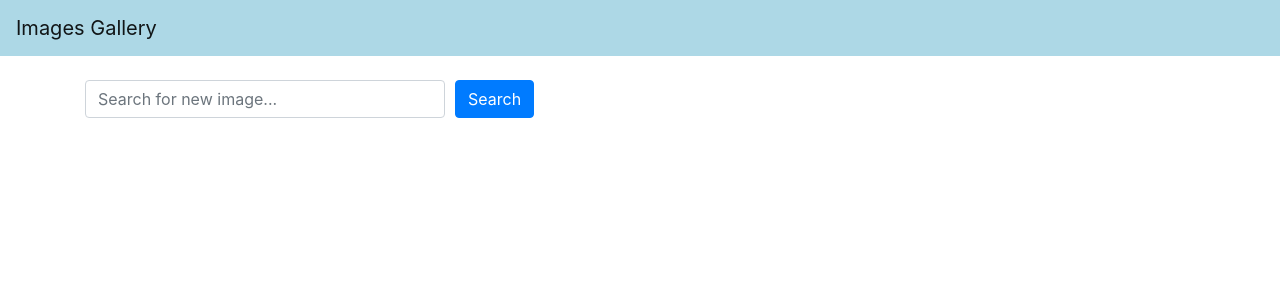
Repository: Zolds403/images-gallery
Page: / (app in frontend/)
The author's editor kept a copy of each file at every save. The page is drawn from the files as they stood at one save, then again after the next save.
The browser window is 1280 px wide. The pictures show the whole page.
The project was rebuilt for these pictures with package versions that can differ from the ones it lists, and the page was loaded fresh each time.

Above is the page before, as saved 2021-06-03 18:44:47.

### frontend/src/index.js
//jshint esversion: 8
import React from 'react';
import ReactDOM from 'react-dom';
import './css/index.css';
import App from './App';
ReactDOM.render(
  <React.StrictMode>
    <App />
  </React.StrictMode>,
  document.getElementById('root')
);

### frontend/src/App.js
//jshint esversion: 8
import 'bootstrap/dist/css/bootstrap.min.css';
import Header from './components/Header';
import Search from './components/Search';

function App() {
  return (
    <div className="App">
     <Header title="Images Gallery"/>
     <Search />
    </div>
  );
}

export default App;

### frontend/src/components/Header.js
//jshint esversion: 8
import React from 'react';
import { Navbar } from 'react-bootstrap';

const navBarStyle = {
    backgroundColor: 'lightblue'
}

const Header = (props) => {
    const { title } = props;
    return(
        <Navbar style={navBarStyle} variant="light">
            <Navbar.Brand href="/">{props.title}</Navbar.Brand>
        </Navbar>
    )
};

export default Header;

### frontend/src/components/Search.js
//jshint esversion: 8
import React from 'react';
import { Container, Row, Col, Form, Button } from 'react-bootstrap';

const Search = () => {
    return (
      <Container className="mt-4">
        <Row className="justify-content">
          <Col xs={12} md={8}>
            <Form>
              <Form.Row>
                <Col>
                  <Form.Control placeholder="Search for new image..." />
                </Col>
                <Col>
                  <Button variant="primary" type="submit">Search</Button>
                </Col>
              </Form.Row>
            </Form>
          </Col>
        </Row>
      </Container>
    );
};

export default Search;

Loaded but not shown: frontend/public/index.html (common file); frontend/src/css/index.css (common file)

After the next save:
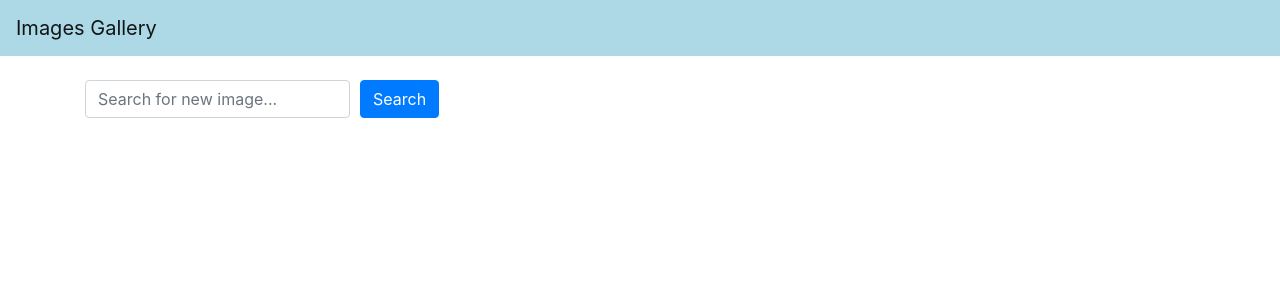
Saved 33 s later.
--- a/frontend/src/components/Search.js
+++ b/frontend/src/components/Search.js
@@ -6,7 +6,7 @@ const Search = () => {
     return (
       <Container className="mt-4">
         <Row className="justify-content">
-          <Col xs={12} md={8}>
+          <Col xs={12} md={8} lg={6}>
             <Form>
               <Form.Row>
                 <Col>
